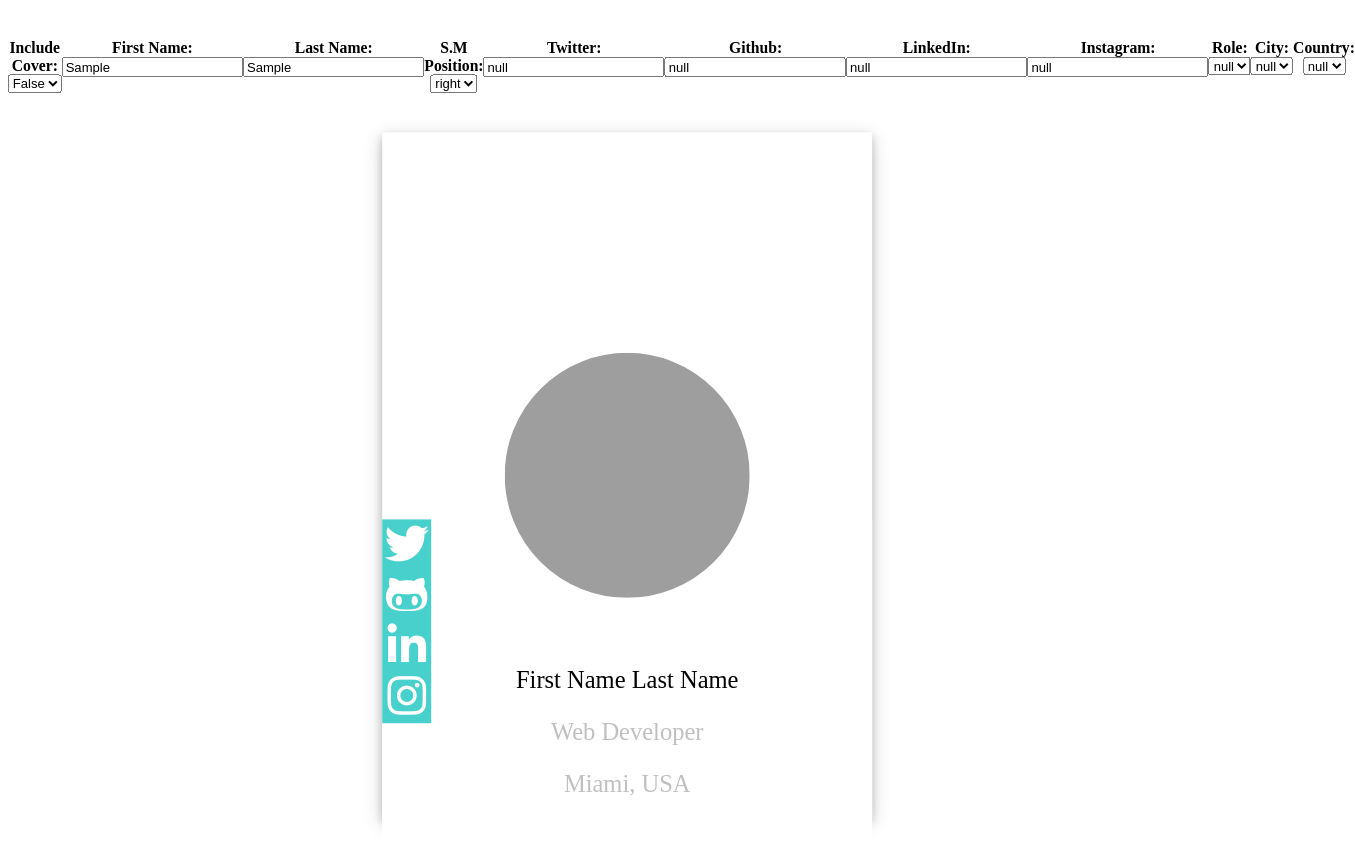
Repository: DJaye33/conditional-profile-card
Page: index.html
The author's editor kept a record of every edit. The page is drawn from the files as they stood at one moment, then again after the next edit.
The browser window is 1280 px wide. The page is 1383 px wide, so the pictures cover 1383 px, including what lies to the right of the window. The pictures show the whole page, at 98% of full size.
Empty fields were first filled with sample values (such as "Sample", 5 or name@example.com).
After loading, the first visible `#social-position` was changed once.
Pictures or frames that could not be fetched are drawn as grey boxes. Some web libraries are served in a nearby version.

Above is the page before.

### index.html
<!DOCTYPE html>
<html lang="en">

<head>
    <meta charset="UTF-8">
    <meta name="viewport" content="width=device-width, initial-scale=1.0">
    <meta http-equiv="X-UA-Compatible" content="ie=edge">
    <title>Conditional Profile Card</title>
    <script src="https://kit.fontawesome.com/d239cac0a2.js" crossorigin="anonymous"></script>
    <link rel="stylesheet" href="profileCard.css" type="text/css" />
</head>

<body>
    <div id='container'>

        <label for='cover-input'>
            Include Cover:
            <br />
            <select id='include-cover'>
                <option value='false'>False</option>
                <option value='true'>True</option>
            </select>
        </label>

        <label for='first-name'>
            First Name:
            <br />
            <input id='firstName' type='text' />
        </label>

        <label id='lastName' for='last-name'>
           Last Name:
            <br />
            <input type='text' />
        </label>

        <label for='cover-input'>
            S.M Position:
            <br />
            <select id='social-position'>
                <option value='left'>left</option>
                <option value='right'>right</option>
            </select>
        </label>

        <label for='twitter'>
           Twitter:
            <br />
            <input value='null' type='text' />
        </label>

        <label for='Github'>
           Github:
            <br />
            <input value='null' type='text' />
        </label>

        <label for='LinkedIn'>
           LinkedIn:
            <br />
            <input value='null' type='text' />
        </label>

        <label for='Instagram'>
           Instagram:
            <br />
            <input value='null' type='text' />
        </label>

        <label for='role'>
            Role:
            <br />
            <select>
                <option>null</option>
            </select>
        </label>

        <label for='city'>
            City:
            <br />
            <select>
                <option>null</option>
            </select>
        </label>

        <label for='country'>
            Country:
            <br />
            <select>
                <option>null</option>
            </select>
        </label>
    </div>

    <div id='card-body'>
        <div id='user-image'>
        </div>
        <section id='upper-half'></section>
        <section id='lower-half'>
            <div id='text-block'>
                <span id='firstNameEl'>First Name</span>
                <span id='lastNameEl'>Last Name</span>
                <p class='mute-text'>Web Developer</p>
                <p class='mute-text'>Miami, USA</p>
            </div>
            <ul id='social-links' class='right left'>
                <li><i class="fab fa-twitter"></i></li>

                <li><i class="fab fa-github-alt"></i></li>

                <li><i class="fab fa-linkedin-in"></i></li>

                <li><i class="fab fa-instagram"></i></li>
            </ul>

    </div>

    </section>

    <script src='profileCard.js'></script>
</body>

</html>

### profileCard.css
#container {
    display: flex;
    justify-content: space-around;
    margin-top: 40px;
    margin-bottom: 40px;
}

label {
    font-weight: bold;
    text-align: center;
}



#card-body {
    position: relative;
    background: white;
    margin: 0 auto;
    width: 500px;
    height: 700px;
    /*border-radius: 20px;*/
    box-shadow: 0 4px 8px 0 rgba(0, 0, 0, 0.2), 0 6px 20px 0 rgba(0, 0, 0, 0.19);
}

#user-image {
    background: url('https://images.unsplash.com/photo-1535713875002-d1d0cf377fde?ixlib=rb-1.2.1&ixid=eyJhcHBfaWQiOjEyMDd9&auto=format&fit=crop&w=500&q=60');
    background-size: contain;
    border: 5px solid white;
    border-radius: 50%;
    height: 250px;
    width: 250px;
    z-index: 99;
    position: absolute;
    margin: auto;
    top: 0;
    left: 0;
    right: 0;
    bottom: 0;
}

#upper-half {
    width: 100%;
    height: 50%;
}

.toggle-background {
    background: url('https://images.unsplash.com/photo-1570942872213-1242607a35eb?ixlib=rb-1.2.1&ixid=eyJhcHBfaWQiOjEyMDd9&auto=format&fit=crop&w=500&q=60') no-repeat;
    background-size: contain;

}

#lower-half {
    position: relative;
    background: white;
    width: 100%;
    height: 50%;
}

#text-block {
    font-size: 25px;
    margin: 0 auto;
    position: absolute;
    top: 0;
    left: 0;
    bottom: 0;
    right: 0;
    text-align: center;
    margin-top: 30%;
}

.mute-text {
    color: silver;
}

.right {
    /*position: absolute;*/
    list-style-type: none;
    margin-right: 110%;
    padding: 0;
    bottom: 400px;
}

.left {
    position: absolute;
    list-style-image: none;

}

#social-links {
    background: #48D1CC;
    font-size: 45px;
    text-align: center;
    color: white;
    width: 10%;
}

### profileCard.js
const firstNameInput = document.getElementById('firstName');
const fistNameEl = document.getElementById('firstNameEl');
const lastNameInput = document.getElementById('lastName');
const lastNameEl = document.getElementById('lastNameEl');
const includeCover = document.querySelector('#include-cover');
const upperHalf = document.querySelector('#upper-half');
const socialPosition = document.querySelector('#social-position')
const socialLinks = document.querySelector('#social-links');

// console.log(socialLinks);

// ***** changes firstname on card on change *****//
firstNameInput.addEventListener('change', (event) => {
    fistNameEl.textContent = event.target.value;
})

// ***** changes last name on card on change ***** //
lastNameInput.addEventListener('change', (event) => {
    lastNameEl.textContent = event.target.value;
})

// ***** toggle background ***** //
includeCover.addEventListener('change', event => {
    if (event.target.value === 'true') {
        upperHalf.classList.add('toggle-background')
    }else if (event.target.value === 'false') {
        upperHalf.classList.remove('toggle-background')
    }
})

socialPosition.addEventListener('change', event => {
    const socialLink = socialLinks.classList;

    if (event.target.value === 'right') {
        socialLink.remove('left')
        socialLink.add('right')
    }
    else if (event.target.value === 'left') {
        socialLink.remove('right')
        socialLink.add('left');
    }
})

After the next edit:
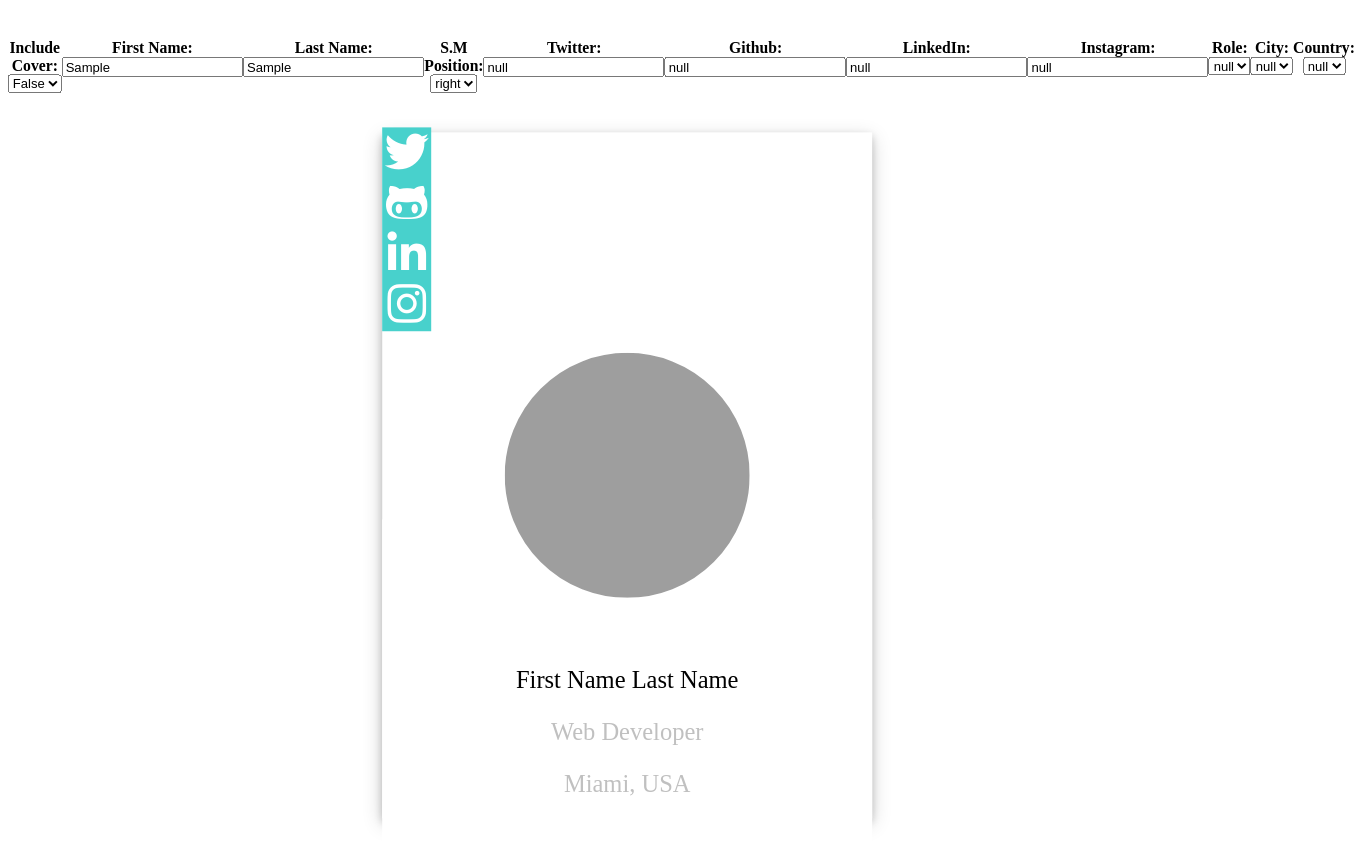
The edit:
--- a/profileCard.css
+++ b/profileCard.css
@@ -73,7 +73,7 @@
 }
 
 .right {
-    /*position: absolute;*/
+    position: relative;
     list-style-type: none;
     margin-right: 110%;
     padding: 0;
